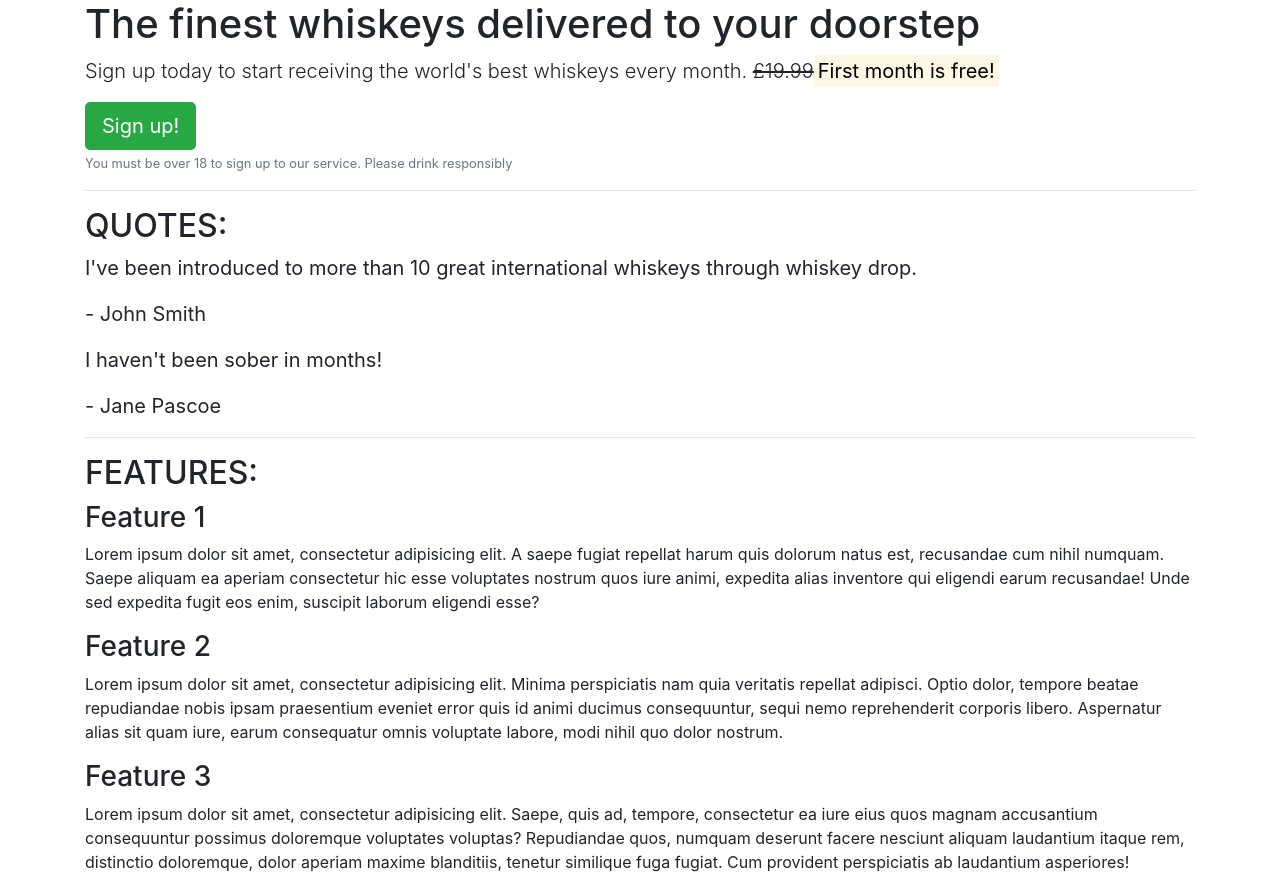
Repository: LouWills/WhiskeyDrop-bootstrap
Page: index.html
The author's editor kept a record of every edit. The page is drawn from the files as they stood at one moment, then again after the next edit.
The browser window is 1280 px wide. The pictures show the whole page.

Above is the page before.
Console error: TypeError: Cannot read properties of undefined (reading 'fn')

After the next edit:
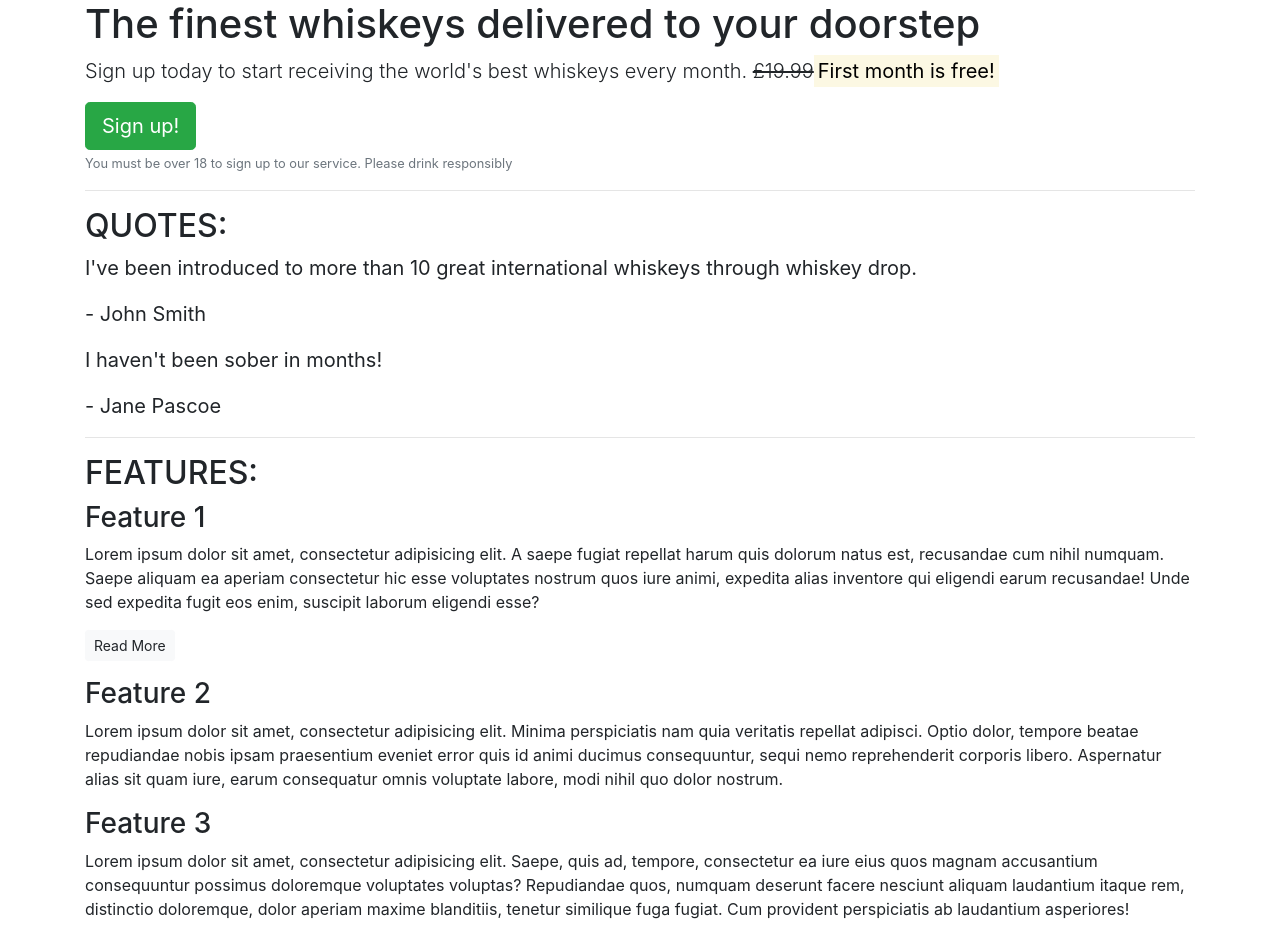
The edit:
--- a/index.html
+++ b/index.html
@@ -42,6 +42,7 @@
             <div class="feature">
                 <h3>Feature 1</h3>
                 <p>Lorem ipsum dolor sit amet, consectetur adipisicing elit. A saepe fugiat repellat harum quis dolorum natus est, recusandae cum nihil numquam. Saepe aliquam ea aperiam consectetur hic esse voluptates nostrum quos iure animi, expedita alias inventore qui eligendi earum recusandae! Unde sed expedita fugit eos enim, suscipit laborum eligendi esse?</p>
+                <p><a class="btn btn-sm btn-light" href="">Read More</a></p>
             </div>
             <div class="feature">
                 <h3>Feature 2</h3>
